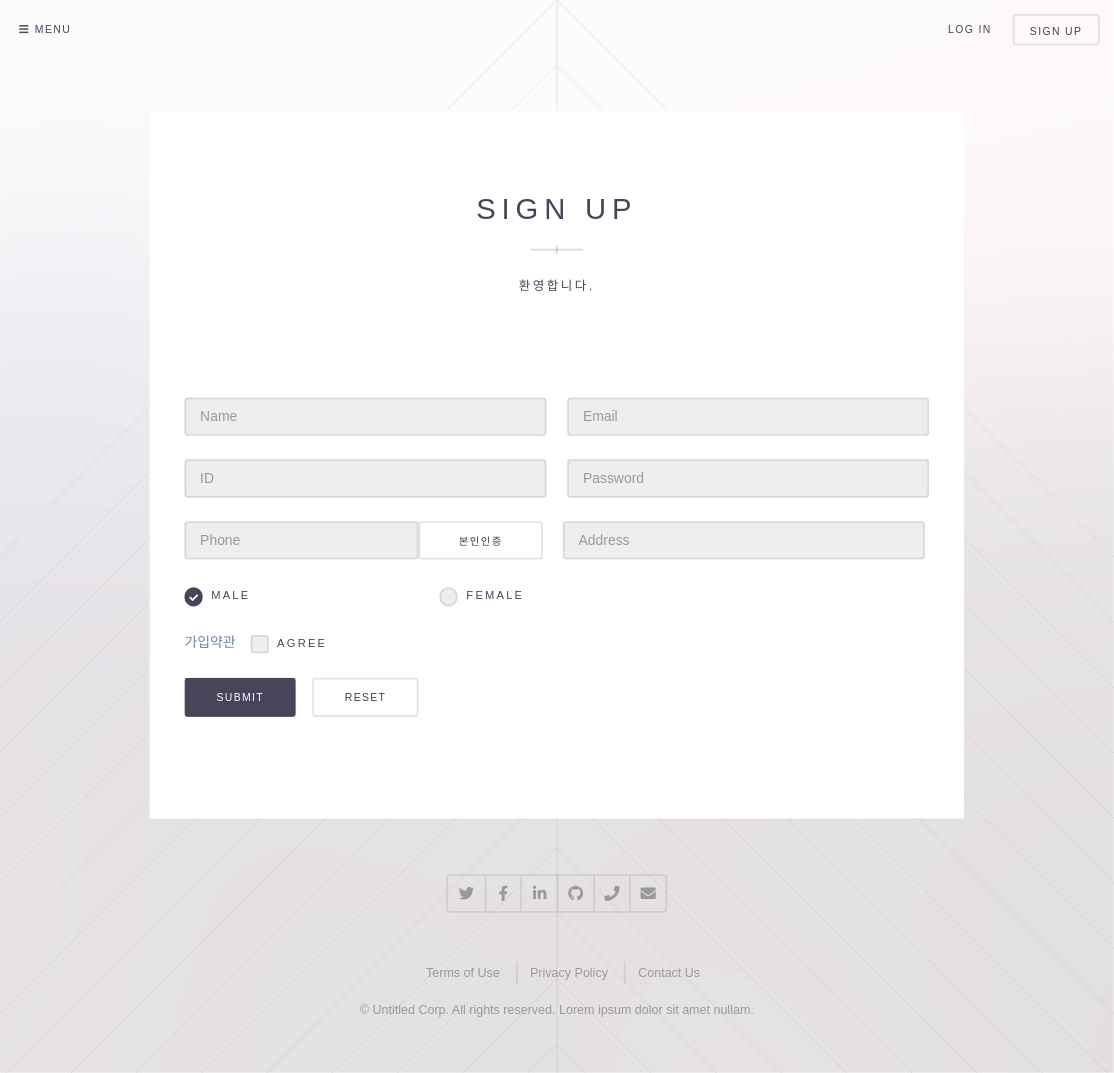
Repository: WKMoon/JavaScript-Project
Page: myFront/WebContent/login.html
The author's editor kept a copy of each file at every save. The page is drawn from the files as they stood at one save, then again after the next save.
The browser window is 1280 px wide. The pictures show the whole page, at 87% of full size.
Some web fonts or font styles are not loaded; a fallback is used.

Above is the page before, as saved 2021-02-25 07:16:11.

### myFront/WebContent/login.html
<!DOCTYPE html>
<html>
<head>
<meta charset="UTF-8">
<meta name="viewport" content="width=device-width, initial-scale=1, user-scalable=no" />
<link rel="stylesheet" href="assets/css/main.css" />
<title>Log In</title>
</head>
	<body class="is-preload">

		<!-- Header -->
			<header id="header">
				<a href="#menu">Menu</a>
				<a href="login.html">Log In</a>
				<a href="signup.html" class="button">Sign Up</a>
			</header>

		<!-- Nav -->
			<nav id="menu">
				<ul class="links">
					<li><a href="index.html">Home</a></li>
					<li><a href="generic.html">Generic</a></li>
					<li><a href="elements.html">Elements</a></li>
				</ul>
				<ul class="actions stacked">
					<li><a href="login.html" class="button primary fit">Log In</a></li>
					<li><a href="signup.html" class="button fit">Sign Up</a></li>
				</ul>
			</nav>


		<!-- Main -->
			<section id="main" class="wrapper style1">
				<div class="inner">

					<!-- Title -->
						<header class="major special">
							<h1>Sign Up</h1>
							<p>환영합니다.</p>
						</header>

					<!-- Content -->
						<div class="content">
							<form method="post" action="#">
											<div class="row">
												<div class="col-6 col-12-xsmall">
													<input type="text" name="name" id="name" value="" placeholder="Name" />
												</div>
												<div class="col-6 col-12-xsmall">
													<input type="email" name="email" id="email" value="" placeholder="Email" />
												</div>

												<div class="col-6 col-12-xsmall">
													<input type="text" name="id" id="id" value="" placeholder="ID" />
												</div>

												<div class="col-6 col-12-xsmall">
													<input type="password" name="pw" id="pw" value="" placeholder="Password" />
												</div>

												<div class="col-4 col-12-xsmall">
													<input type="text" name="pn" id="pn" value="" placeholder="Phone" />
												</div>
												<div style="padding:0 0 0 0; margin:0 0 0 0; margin-right:2%;">
													<button style="width:115%;">본인인증</button>
												</div>
												<div class="col-6 col-12-xsmall">
													<input type="text" name="addr" id="addr" value="" placeholder="Address" />
												</div>

												<!-- Break -->
												<div class="col-4 col-12-small">
													<input type="radio" id="priority-low" name="priority" checked>
													<label for="priority-low">Male</label>
												</div>
												<div class="col-4 col-12-small">
													<input type="radio" id="priority-normal" name="priority">
													<label for="priority-normal">Female</label>
												</div>
												<!-- Break -->

												<div class="col-6 col-12-small">
													<a href="agreement.html"style="text-decoration: none;">가입약관</a>
													<input type="checkbox" id="agree" name="agree">
													<label for="agree" style="margin-left:3%">Agree</label>
												</div>
												<!-- Break -->

												<!-- Break -->
												<div class="col-12">
													<ul class="actions">
														<li><input type="submit" value="Submit" class="primary" /></li>
														<li><input type="reset" value="Reset" /></li>
													</ul>
												</div>
											</div>
										</form>
						</div>

				</div>
			</section>

		<!-- Footer -->
			<footer id="footer">
				<ul class="alt-icons">
					<li><a href="#" class="icon brands fa-twitter"><span class="label">Twitter</span></a></li>
					<li><a href="#" class="icon brands fa-facebook-f"><span class="label">Facebook</span></a></li>
					<li><a href="#" class="icon brands fa-linkedin-in"><span class="label">LinkedIn</span></a></li>
					<li><a href="#" class="icon brands fa-github"><span class="label">GitHub</span></a></li>
					<li><a href="#" class="icon solid fa-phone"><span class="label">Phone</span></a></li>
					<li><a href="#" class="icon solid fa-envelope"><span class="label">Email</span></a></li>
				</ul>
				<ul class="menu">
					<li><a href="#">Terms of Use</a></li>
					<li><a href="#">Privacy Policy</a></li>
					<li><a href="#">Contact Us</a></li>
				</ul>
				<p class="copyright">
					&copy; Untitled Corp. All rights reserved. Lorem ipsum dolor sit amet nullam.
				</p>
			</footer>

		<!-- Scripts -->
			<script src="assets/js/jquery.min.js"></script>
			<script src="assets/js/jquery.scrolly.min.js"></script>
			<script src="assets/js/jquery.scrollex.min.js"></script>
			<script src="assets/js/browser.min.js"></script>
			<script src="assets/js/breakpoints.min.js"></script>
			<script src="assets/js/util.js"></script>
			<script src="assets/js/main.js"></script>

	</body>
</html>

Loaded but not shown: myFront/WebContent/assets/js/jquery.min.js (library); myFront/WebContent/assets/js/jquery.scrolly.min.js (common file); myFront/WebContent/assets/js/jquery.scrollex.min.js (common file); myFront/WebContent/assets/js/browser.min.js (common file); myFront/WebContent/assets/js/breakpoints.min.js (common file); myFront/WebContent/assets/css/fontawesome-all.min.css (library); myFront/WebContent/assets/js/util.js (587 lines, source omitted); myFront/WebContent/assets/js/main.js (57 lines, source omitted); myFront/WebContent/assets/css/main.css (4487 lines, source omitted)

After the next save:
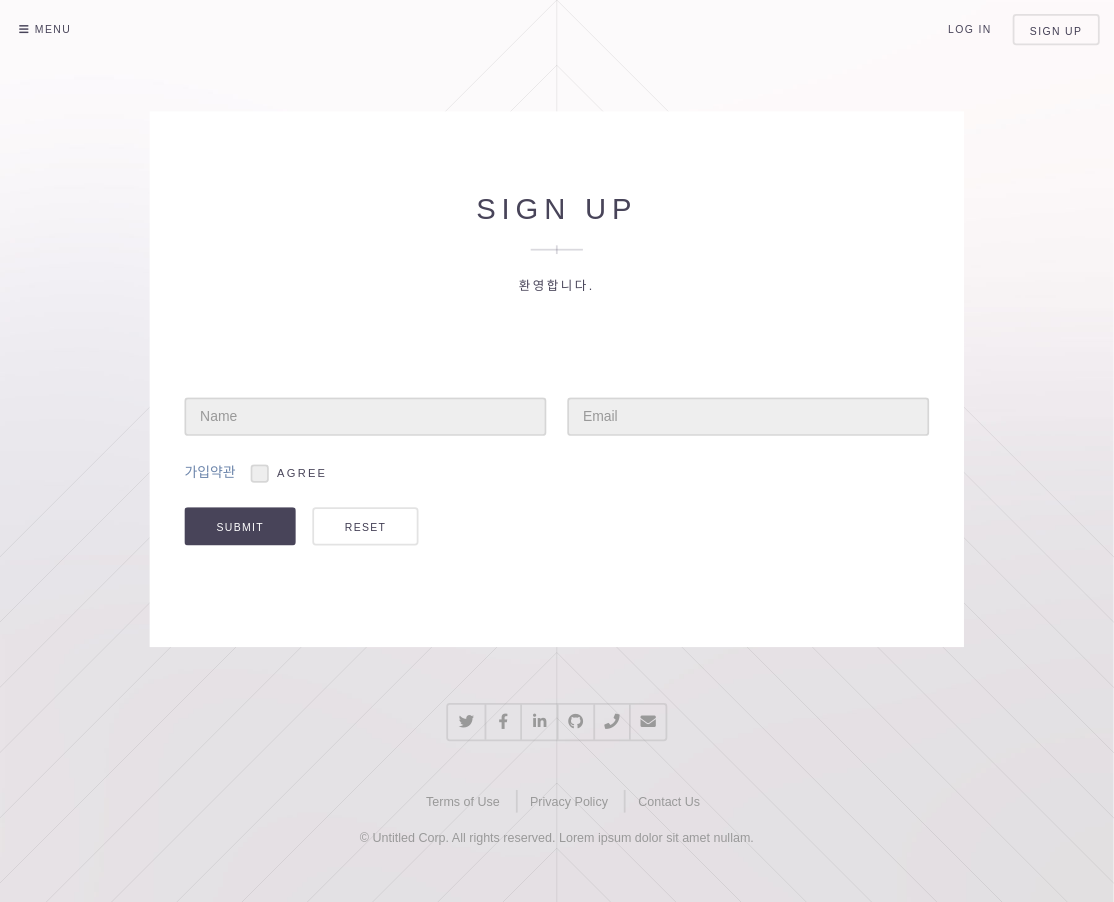
Saved 24 s later.
--- a/myFront/WebContent/login.html
+++ b/myFront/WebContent/login.html
@@ -50,34 +50,7 @@
 													<input type="email" name="email" id="email" value="" placeholder="Email" />
 												</div>
 
-												<div class="col-6 col-12-xsmall">
-													<input type="text" name="id" id="id" value="" placeholder="ID" />
-												</div>
 
-												<div class="col-6 col-12-xsmall">
-													<input type="password" name="pw" id="pw" value="" placeholder="Password" />
-												</div>
-
-												<div class="col-4 col-12-xsmall">
-													<input type="text" name="pn" id="pn" value="" placeholder="Phone" />
-												</div>
-												<div style="padding:0 0 0 0; margin:0 0 0 0; margin-right:2%;">
-													<button style="width:115%;">본인인증</button>
-												</div>
-												<div class="col-6 col-12-xsmall">
-													<input type="text" name="addr" id="addr" value="" placeholder="Address" />
-												</div>
-
-												<!-- Break -->
-												<div class="col-4 col-12-small">
-													<input type="radio" id="priority-low" name="priority" checked>
-													<label for="priority-low">Male</label>
-												</div>
-												<div class="col-4 col-12-small">
-													<input type="radio" id="priority-normal" name="priority">
-													<label for="priority-normal">Female</label>
-												</div>
-												<!-- Break -->
 
 												<div class="col-6 col-12-small">
 													<a href="agreement.html"style="text-decoration: none;">가입약관</a>
